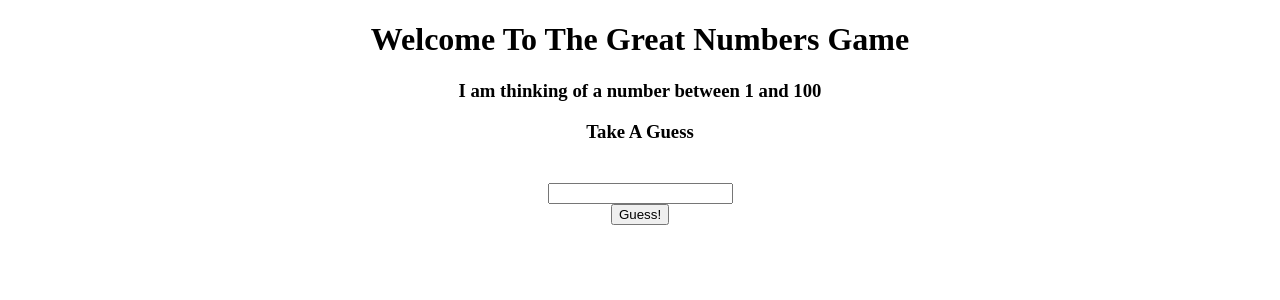
Repository: a-rydzak/Java
Page: http://localhost/GNumbers/Home
The author's editor kept a copy of each file at every save. The page is drawn from the files as they stood at one save, then again after the next save.
The browser window is 1280 px wide. The pictures show the whole page.
The page is served by Tomcat 9.

Above is the page before, as saved 2019-07-15 14:10:11.

After the next save:
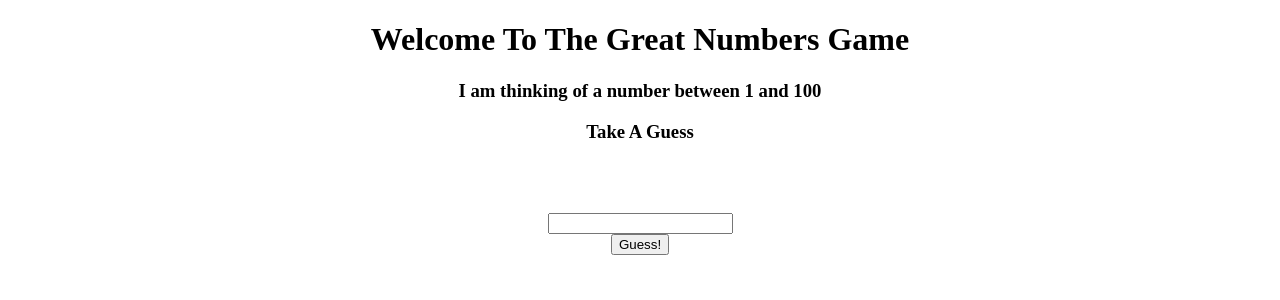
Saved 19 s later.
--- a/Java MVC/Great Number Game/GNumbers/WebContent/WEB-INF/css/Home.css
+++ b/Java MVC/Great Number Game/GNumbers/WebContent/WEB-INF/css/Home.css
@@ -30,3 +30,7 @@
 	height:100px;
 	background-color: green;
 }
+
+#submitForm{
+	margin-top:30px;
+}
